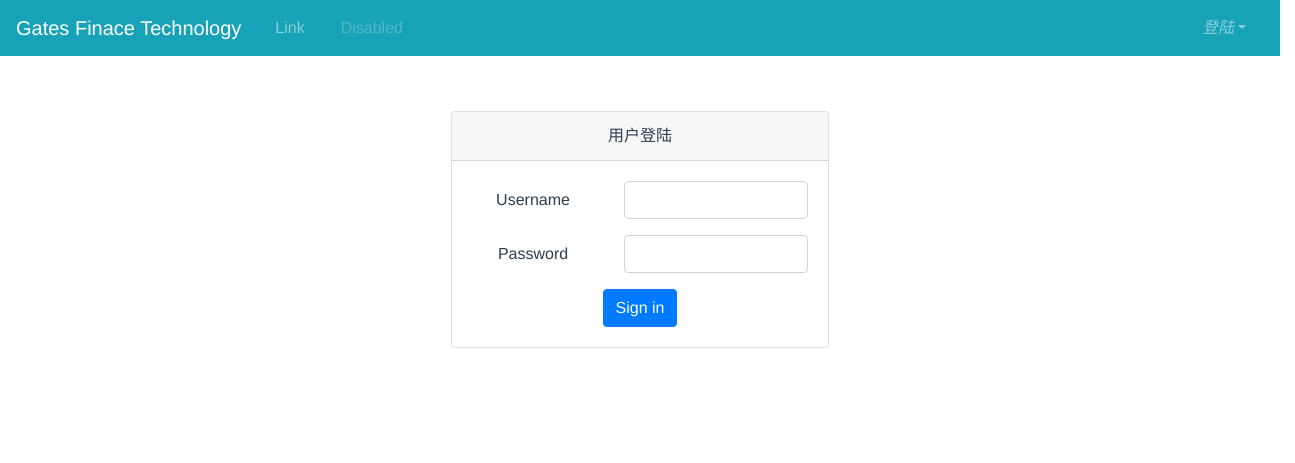
Repository: sqsssq/GatesFinace
Page: /login (app in webview/)
The author's editor kept a copy of each file at every save. The page is drawn from the files as they stood at one save, then again after the next save.
The browser window is 1280 px wide. The page is 1295 px wide, so the pictures cover 1295 px, including what lies to the right of the window. The pictures show the whole page.
The project was rebuilt for these pictures with package versions that can differ from the ones it lists, and the page was loaded fresh each time. Also part of the build but not shown: webview/src/components/HelloWorld.vue, webview/src/views/Home.vue, webview/src/components/gatesCarousel.vue, webview/src/views/main.vue.

Above is the page before, as saved 2020-11-03 16:15:13.

### webview/public/index.html
<!DOCTYPE html>
<html lang="en">
  <head>
    <meta charset="utf-8">
    <meta http-equiv="X-UA-Compatible" content="IE=edge">
    <meta name="viewport" content="width=device-width,initial-scale=1.0">
    <link rel="icon" href="<%= BASE_URL %>favicon.ico">
    <title><%= htmlWebpackPlugin.options.title %></title>
    <style>
      html, body{ margin:0; height:100%; }
    </style>
  </head>
  <body>
    <noscript>
      <strong>We're sorry but <%= htmlWebpackPlugin.options.title %> doesn't work properly without JavaScript enabled. Please enable it to continue.</strong>
    </noscript>
    <div id="app"></div>
    <!-- built files will be auto injected -->
  </body>
</html>

### webview/src/main.js
import Vue from 'vue'
import App from './App.vue'
import router from './router'
import store from './store'
import ElementUI from 'element-ui'
import 'element-ui/lib/theme-chalk/index.css'
import 'element-ui/lib/theme-chalk/base.css'
import { BootstrapVue, IconsPlugin } from 'bootstrap-vue'
import 'bootstrap/dist/css/bootstrap.css'
import 'bootstrap-vue/dist/bootstrap-vue.css'

Vue.config.productionTip = false
Vue.use(ElementUI);
Vue.use(BootstrapVue);
Vue.use(IconsPlugin);

new Vue({
  router,
  store,
  render: h => h(App)
}).$mount('#app')

### webview/src/App.vue
<template>
  <div id="app">
    <!-- <div id="nav">
      <router-link to="/">Home</router-link> |
      <router-link to="/about">About</router-link>
    </div> -->
    <router-view/>
  </div>
</template>

<style lang="stylus">
#app
  font-family Avenir, Helvetica, Arial, sans-serif
  -webkit-font-smoothing antialiased
  -moz-osx-font-smoothing grayscale
  text-align center
  color #2c3e50
  margin-top 0px
  height 100%
</style>

### webview/src/router/index.js
import Vue from 'vue'
import VueRouter from 'vue-router'
import Home from '../views/Home.vue'
import Main from '../views/main.vue'
import Login from '../views/login.vue'

Vue.use(VueRouter)

const routes = [
  {
    path: '/',
    name: 'Home',
    component: Home
  },
  {
    path: '/about',
    name: 'About',
    // route level code-splitting
    // this generates a separate chunk (about.[hash].js) for this route
    // which is lazy-loaded when the route is visited.
    component: () => import(/* webpackChunkName: "about" */ '../views/About.vue')
  },
  {
    path: '/main',
    name: 'Main',
    component: Main
  },
  {
    path: '/login',
    name: 'Login',
    component: Login
  }
]

const router = new VueRouter({
  mode: 'history',
  base: process.env.BASE_URL,
  routes
})

export default router

### webview/src/views/login.vue
<!--
 * @Author: your name
 * @Date: 2020-11-01 17:40:45
 * @LastEditTime: 2020-11-03 08:31:04
 * @LastEditors: Please set LastEditors
 * @Description: In User Settings Edit
 * @FilePath: \webview\src\views\main.vue
-->
<template>
  <div class="container-fiuled" style="height: 100%;">
    <!-- <img alt="Vue logo" src="../assets/logo.png"> -->
    <!-- <HelloWorld msg="Welcome to Your Vue.js App" style="height:100%"/> -->
    <gatesNavbar />
    <div class="row" style="margin-top: 5px;">
      <div class="col"  style="padding-left: 0px; padding-right: 0px;">
      </div>
      <gatesLogin style="margin-top: 50px;"/>
      <div class="col"  style="padding-left: 0px; padding-right: 0px;">
      </div>
    </div>
  </div>
</template>

<script>
// @ is an alias to /src
import HelloWorld from '@/components/HelloWorld.vue'
import gatesNavbar from '@/components/gatesNavbar.vue'
import gatesLogin from '@/components/gatesLogin.vue'

export default {
  name: 'Home',
  components: {
    gatesNavbar,
    gatesLogin
  }
}
</script>

### webview/src/components/gatesNavbar.vue
<!--
 * @Author: your name
 * @Date: 2020-10-31 09:19:12
 * @LastEditTime: 2020-11-03 08:32:14
 * @LastEditors: Please set LastEditors
 * @Description: In User Settings Edit
 * @FilePath: \webview\src\components\HelloWorld.vue
-->
<template>
  <div>
    <b-navbar
      toggleable="lg"
      type="dark"
      variant="info"
    >
      <b-navbar-brand href="/main">Gates Finace Technology</b-navbar-brand>

      <b-navbar-toggle target="nav-collapse"></b-navbar-toggle>

      <b-collapse
        id="nav-collapse"
        is-nav
      >
        <b-navbar-nav>
          <b-nav-item href="#">Link</b-nav-item>
          <b-nav-item
            href="#"
            disabled
          >Disabled</b-nav-item>
        </b-navbar-nav>

        <!-- Right aligned nav items -->
        <b-navbar-nav class="ml-auto">
          <!-- <b-nav-form style="padding-top: 2px">
            <b-form-input
              size="sm"
              class="mr-sm-2"
              placeholder="Search"
            ></b-form-input>
            <b-button
              size="sm"
              class="my-2 my-sm-0"
              type="submit"
            >Search</b-button>
          </b-nav-form> -->

          <!-- <b-nav-item-dropdown text="Lang" right>
          <b-dropdown-item href="#">EN</b-dropdown-item>
          <b-dropdown-item href="#">ES</b-dropdown-item>
          <b-dropdown-item href="#">RU</b-dropdown-item>
          <b-dropdown-item href="#">FA</b-dropdown-item>
        </b-nav-item-dropdown> -->

          <b-nav-item-dropdown right>
            <!-- Using 'button-content' slot -->
            <template #button-content>
              <em>{{username == '' ? '登陆' : username}}</em>
            </template>
            <b-dropdown-item href="/login">登陆</b-dropdown-item>
            <b-dropdown-item href="#">注册</b-dropdown-item>
            <b-dropdown-item href="#">登出</b-dropdown-item>
          </b-nav-item-dropdown>
        </b-navbar-nav>
      </b-collapse>
    </b-navbar>
  </div>
</template>

<script>
import axios from 'axios';
export default {
  name: 'gatesNavbar',
  // props: {
  //   msg: String
  // }
  data () {
    return {
      username: ''
    }
  },
  methods: {
  },
  created () {
    // console.log(2);
    // this.getmsg();
  },
  mounted () {

    // this.createLogo();
  }
}
</script>

<!-- Add "scoped" attribute to limit CSS to this component only -->
<style scoped lang="stylus">
h3 {
  letter-spacing: 3px;
  color: #fff;
  font-weight: 500;
  margin-bottom: 10px;
  margin-top: 10px;
  font-size: 15px;
}

h2 {
  margin-top: 10px;
  color: #fff;
  letter-spacing: 10px;
  // font-size: 40px
  font-size: 20px;
}

ul {
  list-style-type: none;
  padding: 0;
}

li {
  display: inline-block;
  margin: 0 10px;
}

a {
  color: #42b983;
}
</style>

### webview/src/components/gatesLogin.vue
<!--
 * @Author: your name
 * @Date: 2020-10-31 09:19:12
 * @LastEditTime: 2020-11-03 08:32:14
 * @LastEditors: Please set LastEditors
 * @Description: In User Settings Edit
 * @FilePath: \webview\src\components\HelloWorld.vue
-->
<template>
  <div>
    <!-- <b-card
        border-variant="secondary"
        header="登陆"
        header-border-variant="secondary"
        align="center"
      >
        <b-card-text>Lorem ipsum dolor sit amet, consectetur adipiscing elit.</b-card-text>
      </b-card> -->

            <div class="card">
                <div class="card-header">
                    用户登陆
                </div>
                <div class="card-body">
                        <div class="form-group row">
                            <label for="staticEmail" class="col-sm-5 col-form-label">Username</label>
                            <div class="col-sm-7">
                                <input type="text" class="form-control" id="staticEmail" name="username">
                            </div>
                        </div>
                        <div class="form-group row">
                            <label for="inputPassword" class="col-sm-5 col-form-label">Password</label>
                            <div class="col-sm-7">
                                <input type="password" class="form-control" id="inputPassword" name="password">
                            </div>
                        </div>
                        <div style="text-align: center;">
                            <button class="btn btn-primary">Sign in</button>
                        </div>
                </div>
            </div>
  </div>
</template>

<script>
import axios from 'axios';
export default {
  name: 'gatesLogin',
  // props: {
  //   msg: String
  // }
  data () {
    return {
      username: ''
    }
  },
  methods: {
  },
  created () {
    // console.log(2);
    // this.getmsg();
  },
  mounted () {

    // this.createLogo();
  }
}
</script>

<!-- Add "scoped" attribute to limit CSS to this component only -->
<style scoped lang="stylus">

</style>

Loaded but not shown: webview/src/store/index.js (common file)

After the next save:
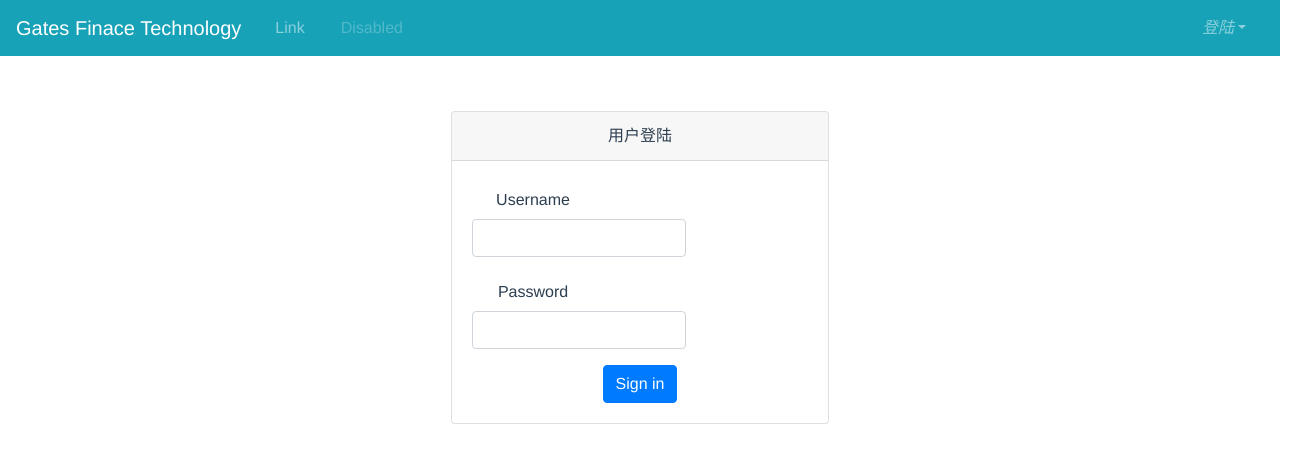
Saved 15 s later.
--- a/webview/src/components/gatesLogin.vue
+++ b/webview/src/components/gatesLogin.vue
@@ -24,13 +24,13 @@
                 <div class="card-body">
                         <div class="form-group row">
                             <label for="staticEmail" class="col-sm-5 col-form-label">Username</label>
-                            <div class="col-sm-7">
+                            <div class="col-sm-8">
                                 <input type="text" class="form-control" id="staticEmail" name="username">
                             </div>
                         </div>
                         <div class="form-group row">
                             <label for="inputPassword" class="col-sm-5 col-form-label">Password</label>
-                            <div class="col-sm-7">
+                            <div class="col-sm-8">
                                 <input type="password" class="form-control" id="inputPassword" name="password">
                             </div>
                         </div>
